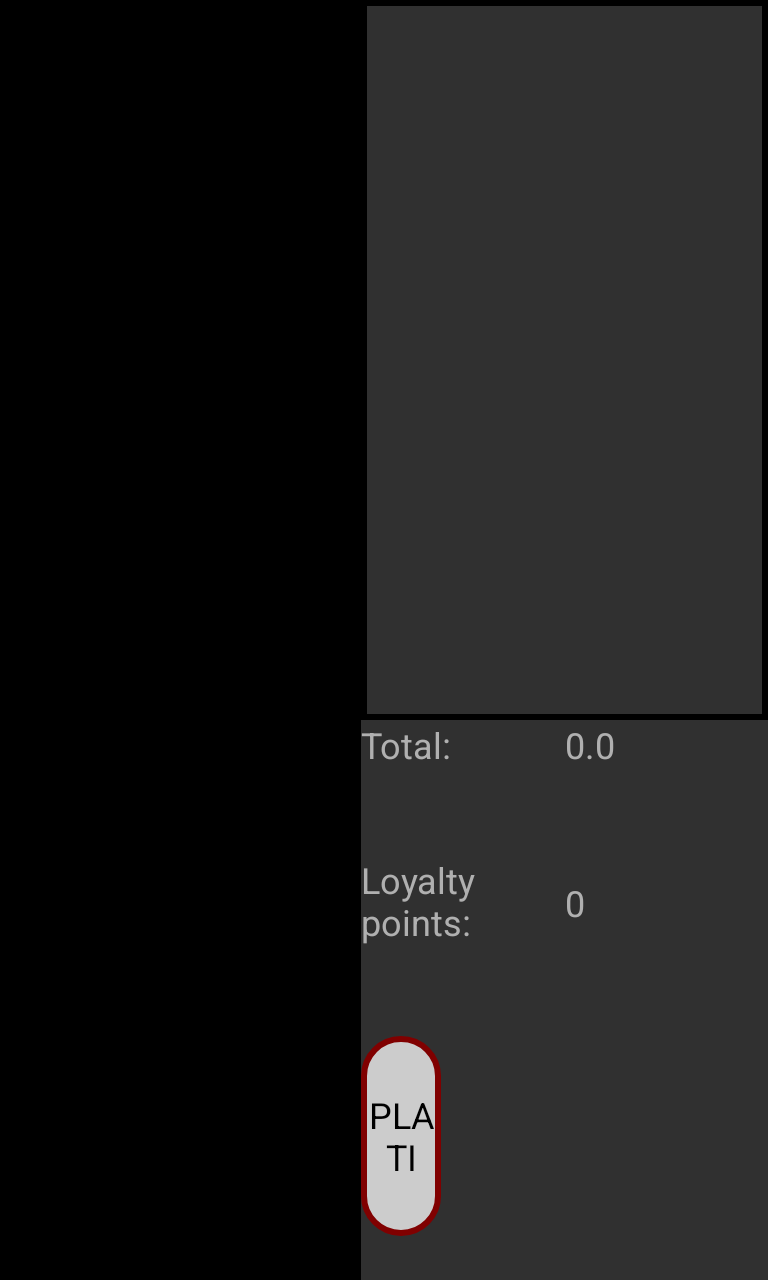
Repository: dzenisahusic/AndroidApp
Layout: Edit2014Sales/res/layout/fragment_kasa.xml
The author's editor kept a copy of each file at every save. The layout is drawn from the files as they stood at one save, then again after the next save.
It is drawn on a 768 x 1280 px phone screen (xhdpi) without system bars, with theme AppTheme; the app's code is not run. Lists and similar views that code fills are empty.

Above is the layout before, as saved 2014-07-15 18:46:48.

### Edit2014Sales/res/layout/fragment_kasa.xml
<RelativeLayout xmlns:android="http://schemas.android.com/apk/res/android"
    xmlns:tools="http://schemas.android.com/tools"
    android:id="@+id/layoutKasa"
    android:layout_width="match_parent"
    android:layout_height="fill_parent"
    tools:context="${relativePackage}.${activityClass}" >

    <RelativeLayout
        android:layout_width="match_parent"
        android:layout_height="match_parent"
        android:layout_alignParentBottom="true"
        android:layout_alignParentLeft="true"
        android:layout_alignParentRight="true"
        android:layout_alignParentTop="true"
        >

        <!-- Glavni layout -->
        <LinearLayout
            android:layout_width="fill_parent"
            android:layout_height="fill_parent"
            android:layout_weight="6"
            android:shape="rectangle"
            android:color="#000000"
            android:layout_alignParentLeft="true"
            android:layout_alignParentTop="true"
            android:background="#000000" >

            <!-- Desni layout -->

            <LinearLayout
                android:layout_width="238dp"
                android:layout_height="fill_parent"
                android:layout_weight="3"

                android:orientation="vertical"
                >

                <ListView android:id="@+id/list"
                                    android:layout_width="fill_parent"
                                    android:layout_height="fill_parent"
                                    />


            </LinearLayout>

            <!-- Lijevi layout -->
            <LinearLayout
                android:layout_width="261dp"
                android:layout_height="fill_parent"
                android:background="#303030"
                android:orientation="vertical"
                android:layout_weight="3" >

                                <!-- Gornji layout -->

                <LinearLayout
                    android:layout_width="fill_parent"
                    android:layout_height="184dp"
                    android:layout_weight="2"

                    android:orientation="vertical"
                     android:background="@drawable/krug"
                     >

                    <ListView android:id="@+id/list_racun"
    android:layout_width="fill_parent"
    android:layout_height="fill_parent"
    android:divider="#FFFFFF"

        							android:dividerHeight="4px"/>

                </LinearLayout>

                                <!-- Donji layout -->

                <LinearLayout
                    android:layout_width="fill_parent"
                    android:layout_height="wrap_content"
                    android:layout_weight="1"
                    android:background="#303030"
                    android:orientation="horizontal" >

                    <LinearLayout
                        android:layout_width="fill_parent"
                        android:layout_height="match_parent"
                        android:layout_weight="0.5"
                        android:background="#303030"
                        android:orientation="vertical" >

                        <LinearLayout
                            android:layout_width="match_parent"
                            android:layout_height="wrap_content"
                            android:layout_weight="0.24"
                            android:orientation="vertical" >

                            <TextView
                                android:id="@+id/textTotal"
                                android:layout_width="wrap_content"
                                android:layout_height="wrap_content"
                                android:textColor="#B0B0B0"
                                android:text="Total:"
                                android:clickable="true"
                                 android:onClick = "onClickmyTextView"
                                android:textAppearance="?android:attr/textAppearanceMedium" />

                        </LinearLayout>

                        <LinearLayout
                            android:layout_width="match_parent"
                            android:layout_height="wrap_content"
                            android:layout_weight="0.25"
                            android:orientation="vertical" >

                            <TextView
                                android:id="@+id/textLoyalty"
                                android:layout_width="wrap_content"
                                android:layout_height="wrap_content"
                                android:textColor="#B0B0B0"
                                android:text="Loyalty points:"
                                android:textAppearance="?android:attr/textAppearanceMedium" />

                        </LinearLayout>

                    </LinearLayout>

                     <LinearLayout
                         android:layout_width="fill_parent"
                         android:layout_height="match_parent"
                         android:layout_weight="0.5"
                         android:background="#303030"
                         android:orientation="vertical" >

                         <LinearLayout
                             android:layout_width="match_parent"
                             android:layout_height="wrap_content"
                             android:layout_weight="0.25"
                             android:textColor="#B0B0B0"
                             android:orientation="vertical" >

                             <TextView
                                 android:id="@+id/total"
                                 android:layout_width="wrap_content"
                                 android:layout_height="wrap_content"
                                 android:text="0.0"
                                 android:textColor="#B0B0B0"
                                 android:textAppearance="?android:attr/textAppearanceMedium" />

                         </LinearLayout>

                         <LinearLayout
                             android:layout_width="match_parent"
                             android:layout_height="wrap_content"
                             android:layout_weight="0.25"
                             android:orientation="vertical" >

                             <TextView
                                 android:id="@+id/loyalty"
                                 android:layout_width="wrap_content"
                                 android:layout_height="wrap_content"
                                 android:textColor="#B0B0B0"
                                 android:text="0"
                                 android:textAppearance="?android:attr/textAppearanceMedium" />

                         </LinearLayout>


                    </LinearLayout>



                </LinearLayout>

  <LinearLayout
                             android:layout_width="match_parent"
                             android:layout_height="wrap_content"
                             android:layout_weight="0.25"
                             android:orientation="horizontal" >

                           <Button
                    android:id="@+id/plati"
                    android:layout_width="40dp"
                    android:layout_height="100dp"
                    android:text="PLATI"
                    android:background="@drawable/rounded_corner_top"/>

                         </LinearLayout>
            </LinearLayout>

        </LinearLayout>

    </RelativeLayout>

</RelativeLayout>

### Edit2014Sales/res/values/styles.xml
<resources>

    <!--
        Base application theme, dependent on API level. This theme is replaced
        by AppBaseTheme from res/values-vXX/styles.xml on newer devices.
    -->
    <style name="AppBaseTheme" parent="android:Theme.Light">
        <!--
            Theme customizations available in newer API levels can go in
            res/values-vXX/styles.xml, while customizations related to
            backward-compatibility can go here.
        -->
    </style>

    <!-- Application theme. -->
    <style name="AppTheme" parent="AppBaseTheme">
        <!-- All customizations that are NOT specific to a particular API-level can go here. -->
    </style>
 <style name="Animations" />

    <style name="Animations.PopDownMenu" />

    <style name="Animations.PopDownMenu.Left">
        <item name="@android:windowEnterAnimation">@anim/grow_from_topleft_to_bottomright</item>
        <item name="@android:windowExitAnimation">@anim/shrink_from_bottomright_to_topleft</item>
    </style>


    <style name="Animations.PopUpMenu" />

    <style name="Animations.PopUpMenu.Left">
        <item name="@android:windowEnterAnimation">@anim/grow_from_bottomleft_to_topright</item>
        <item name="@android:windowExitAnimation">@anim/shrink_from_topright_to_bottomleft</item>
    </style>
</resources>

### Edit2014Sales/res/drawable-hdpi/krug.xml
<?xml version="1.0" encoding="UTF-8"?>

  <shape xmlns:android="http://schemas.android.com/apk/res/android" android:shape="rectangle">
  <stroke
        android:width="3dp"
        android:color="#000000" >
    </stroke>
</shape>

### Edit2014Sales/res/drawable-hdpi/rounded_corner_top.xml
<?xml version="1.0" encoding="UTF-8"?>

  <shape xmlns:android="http://schemas.android.com/apk/res/android" android:shape="rectangle">
  <corners android:radius="20dp"/>
  <solid android:color="#CCCCCC"/>
  <stroke
        android:width="3dp"
        android:color="#800000" >
    </stroke>
</shape>

Loaded but not shown: Edit2014Sales/res/values-v11/styles.xml (common file); Edit2014Sales/res/values-v14/styles.xml (common file)

After the next save:
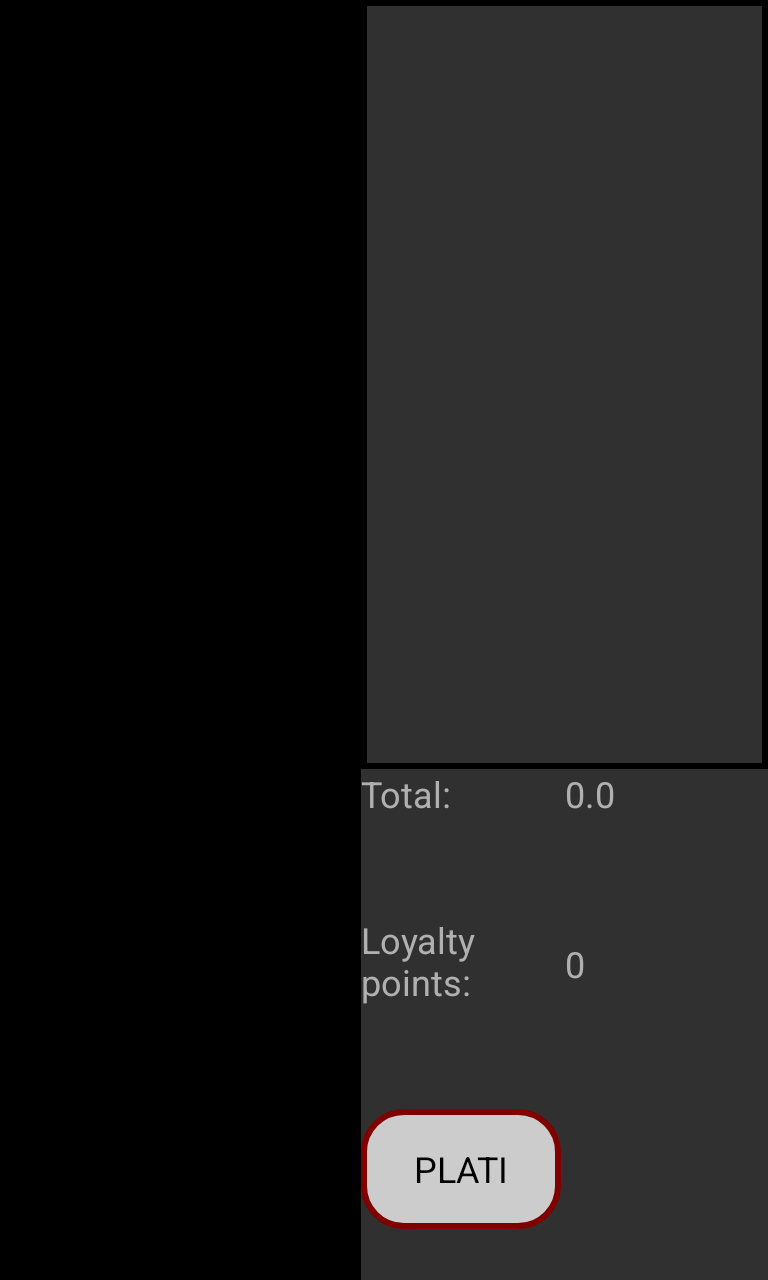
Saved 16 s later.
--- a/Edit2014Sales/res/layout/fragment_kasa.xml
+++ b/Edit2014Sales/res/layout/fragment_kasa.xml
@@ -178,8 +178,8 @@
 
                            <Button
                     android:id="@+id/plati"
-                    android:layout_width="40dp"
-                    android:layout_height="100dp"
+                    android:layout_width="100dp"
+                    android:layout_height="60dp"
                     android:text="PLATI"
                     android:background="@drawable/rounded_corner_top"/>
 
